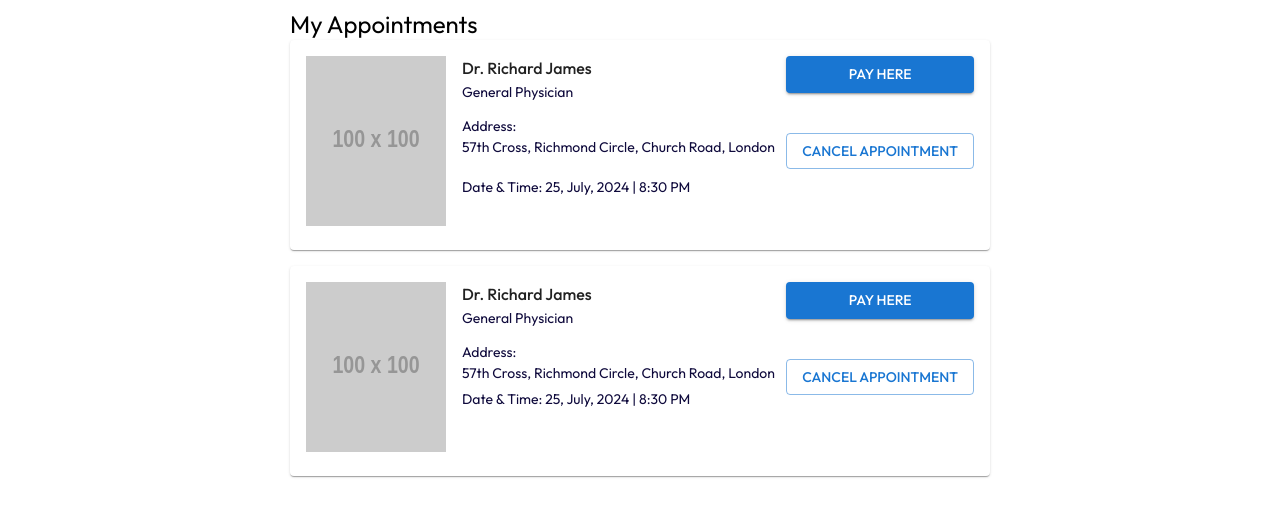
Repository: Ali-Dmerdash/DEPI_GRAD
Page: /
The author's editor kept a copy of each file at every save. The page is drawn from the files as they stood at one save, then again after a run of saves.
The browser window is 1280 px wide. The pictures show the whole page.
The project was rebuilt for these pictures with package versions that can differ from the ones it lists, and the page was loaded fresh each time. Also part of the build but not shown: vite.config.ts.

Above is the page before, as saved 2024-10-08 21:05:36.

### src/App.tsx
import "./App.css";
import "react-router-dom";
import { library } from "@fortawesome/fontawesome-svg-core";
import { fab } from "@fortawesome/free-brands-svg-icons";
import { fas } from "@fortawesome/free-solid-svg-icons";
import { far } from "@fortawesome/free-regular-svg-icons";
import Myappointment from "./pages/myappointment";

function App() {
  return (
    <>
      <Myappointment />
    </>
  );
}

export default App;
library.add(fab, fas, far);

### src/index.css
@import url("https://fonts.googleapis.com/css2?family=Outfit:wght@100..900&display=swap");

body {
  font-family: "Outfit", sans-serif;
  color: var(--text-color);
}

:root {
  --primary-color: #07456f;
  --secondary-color: #009f9d;
  --text-color: #0f0a3c;
  --card-button-color: #ace6f6;
  --border-color: #adadad;
}

### src/App.css
@import "./App.css";

body {
  color: var(--text-color);
}

### src/pages/myappointment/index.tsx
import React from "react";
import { Box, Card, CardContent, Typography, Button } from "@mui/material";

const MyAppointment: React.FC = () => {
  return (
    <Box sx={{ maxWidth: 700, margin: "0 auto" }}>
      <Typography variant="h5" color="initial">
        My Appointments
      </Typography>
      <Card sx={{ marginBottom: 2 }}>
        <CardContent>
          <Box display="flex" alignItems="flex-start">
            <img
              src="https://via.placeholder.com/100"
              alt="Doctor"
              style={{ width: "140px", height: "170px", marginRight: "16px" }}
            />
            <Box flexGrow={1}>
              <Typography variant="h6" fontSize="16px">
                Dr. Richard James
              </Typography>
              <Typography
                color="#0F0A3C"
                fontSize="14px"
                sx={{ marginBottom: "4%" }}
              >
                General Physician
              </Typography>
              <Typography
                color="#0F0A3C"
                fontSize="14px"
                sx={{ marginBottom: "6%" }}
              >
                Address: <br /> 57th Cross, Richmond Circle, Church Road, London
              </Typography>
              <Typography color="#0F0A3C" fontSize="14px">
                Date & Time: 25, July, 2024 | 8:30 PM
              </Typography>
            </Box>
            <Box
              display="flex"
              flexDirection="column"
              justifyContent="flex-end"
            >
              <Button variant="contained" color="primary">
                Pay here
              </Button>
              <Button variant="outlined" color="primary" sx={{ marginTop: 5 }}>
                Cancel appointment
              </Button>
            </Box>
          </Box>
        </CardContent>
      </Card>

      <Card>
        <CardContent>
          <Box display="flex" alignItems="flex-start">
            <img
              src="https://via.placeholder.com/100"
              alt="Doctor"
              style={{ width: "140px", height: "170px", marginRight: "16px" }}
            />
            <Box flexGrow={1}>
              <Typography variant="h6" fontSize="16px">
                Dr. Richard James
              </Typography>
              <Typography
                color="#0F0A3C"
                fontSize="14px"
                sx={{ marginBottom: "4%" }}
              >
                General Physician
              </Typography>
              <Typography
                color="#0F0A3C"
                fontSize="14px"
                sx={{ marginBottom: "5px" }}
              >
                Address: <br />
                57th Cross, Richmond Circle, Church Road, London
              </Typography>
              <Typography color="#0F0A3C" fontSize="14px">
                Date & Time: 25, July, 2024 | 8:30 PM
              </Typography>
            </Box>
            <Box
              display="flex"
              flexDirection="column"
              justifyContent="flex-end"
            >
              <Button variant="contained" color="primary">
                Pay here
              </Button>

              <Button variant="outlined" color="primary" sx={{ marginTop: 5 }}>
                Cancel appointment
              </Button>
            </Box>
          </Box>
        </CardContent>
      </Card>
    </Box>
  );
};

export default MyAppointment;

Loaded but not shown: index.html (common file); src/main.tsx (common file)

After the next 3 saves:
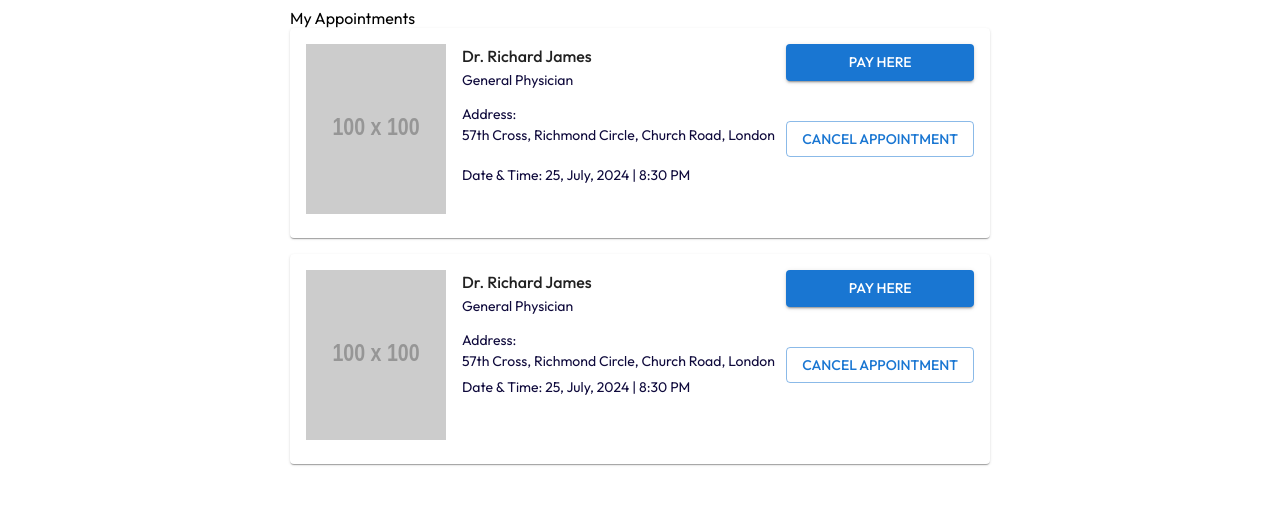
The 3 saves are shown as one change because they came seconds apart.
The last was saved 9 s later.
--- a/src/pages/myappointment/index.tsx
+++ b/src/pages/myappointment/index.tsx
@@ -4,7 +4,7 @@ import { Box, Card, CardContent, Typography, Button } from "@mui/material";
 const MyAppointment: React.FC = () => {
   return (
     <Box sx={{ maxWidth: 700, margin: "0 auto" }}>
-      <Typography variant="h5" color="initial">
+      <Typography variant="body" color="initial">
         My Appointments
       </Typography>
       <Card sx={{ marginBottom: 2 }}>
